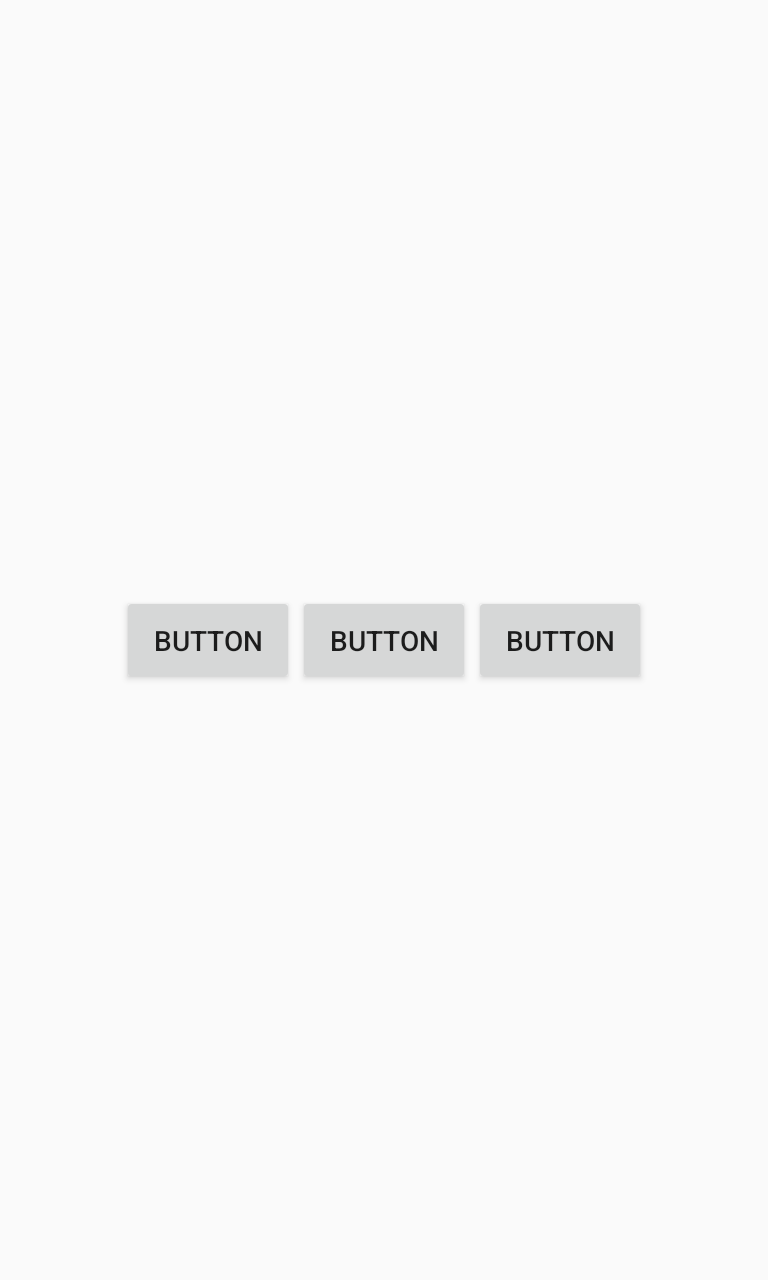
Repository: MarcSelles/BeatYourBucketAndroid
Layout: The_app/BeatYourBucket/res/layout/fragment_lists.xml
The author's editor kept a copy of each file at every save. The layout is drawn from the files as they stood at one save, then again after the next save.
It is drawn on a 768 x 1280 px phone screen (xhdpi) without system bars, with theme AppTheme; the app's code is not run.

Above is the layout before, as saved 2015-01-20 14:27:47.

### The_app/BeatYourBucket/res/layout/fragment_lists.xml
<?xml version="1.0" encoding="utf-8"?>
<RelativeLayout xmlns:android="http://schemas.android.com/apk/res/android"
    android:layout_width="fill_parent"
    android:layout_height="fill_parent" >

    <LinearLayout
        android:id="@+id/tab_upper"
        android:layout_width="match_parent"
        android:layout_height="wrap_content"
        android:layout_above="@+id/tabcontent2"
        android:layout_alignParentTop="true"
        android:gravity="top|center"
        android:orientation="horizontal" >

	    <Button
	        android:id="@+id/button1"
	        android:layout_width="wrap_content"
            android:layout_height="wrap_content"
            android:layout_gravity="center_horizontal|center"
	        android:text="Button" />

	    <Button
	        android:id="@+id/button2"
	        android:layout_width="wrap_content"
            android:layout_height="wrap_content"
            android:layout_gravity="center_horizontal|center"
	        android:text="Button" />

	    <Button
	        android:id="@+id/button3"
	        android:layout_width="wrap_content"
            android:layout_height="wrap_content"
            android:layout_gravity="center_horizontal|center"
	        android:text="Button" />

	</LinearLayout>

    <LinearLayout
        android:id="@+id/tabcontent2"
        android:layout_width="match_parent"
        android:layout_height="wrap_content"
        android:layout_alignParentBottom="true"
        android:layout_gravity="bottom"
        android:gravity="center|bottom"
        android:orientation="vertical" >
    </LinearLayout>

</RelativeLayout>

Loaded but not shown: The_app/BeatYourBucket/res/values/styles.xml (common file); The_app/BeatYourBucket/res/values-v11/styles.xml (common file); The_app/BeatYourBucket/res/values-v14/styles.xml (common file)

After the next save:
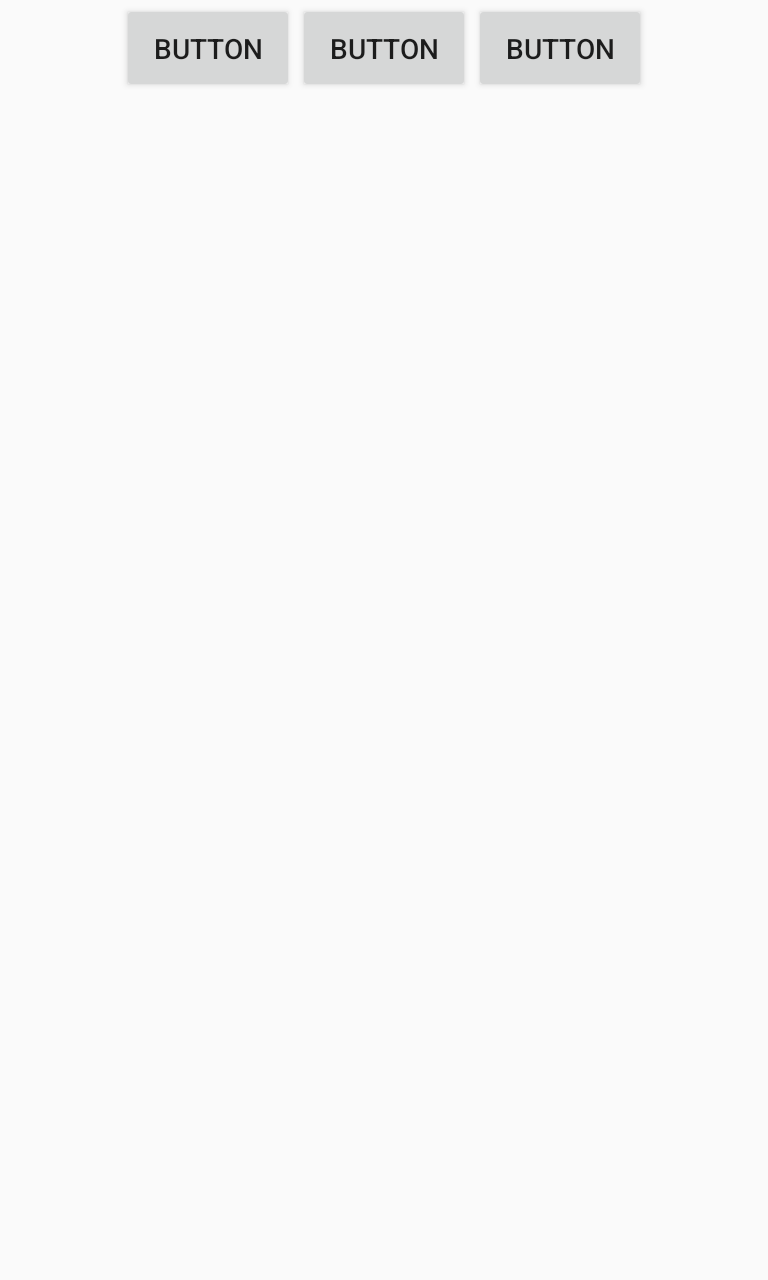
Saved 116 s later.
--- a/The_app/BeatYourBucket/res/layout/fragment_lists.xml
+++ b/The_app/BeatYourBucket/res/layout/fragment_lists.xml
@@ -7,7 +7,6 @@
         android:id="@+id/tab_upper"
         android:layout_width="match_parent"
         android:layout_height="wrap_content"
-        android:layout_above="@+id/tabcontent2"
         android:layout_alignParentTop="true"
         android:gravity="top|center"
         android:orientation="horizontal" >

After the 2 saves that followed:
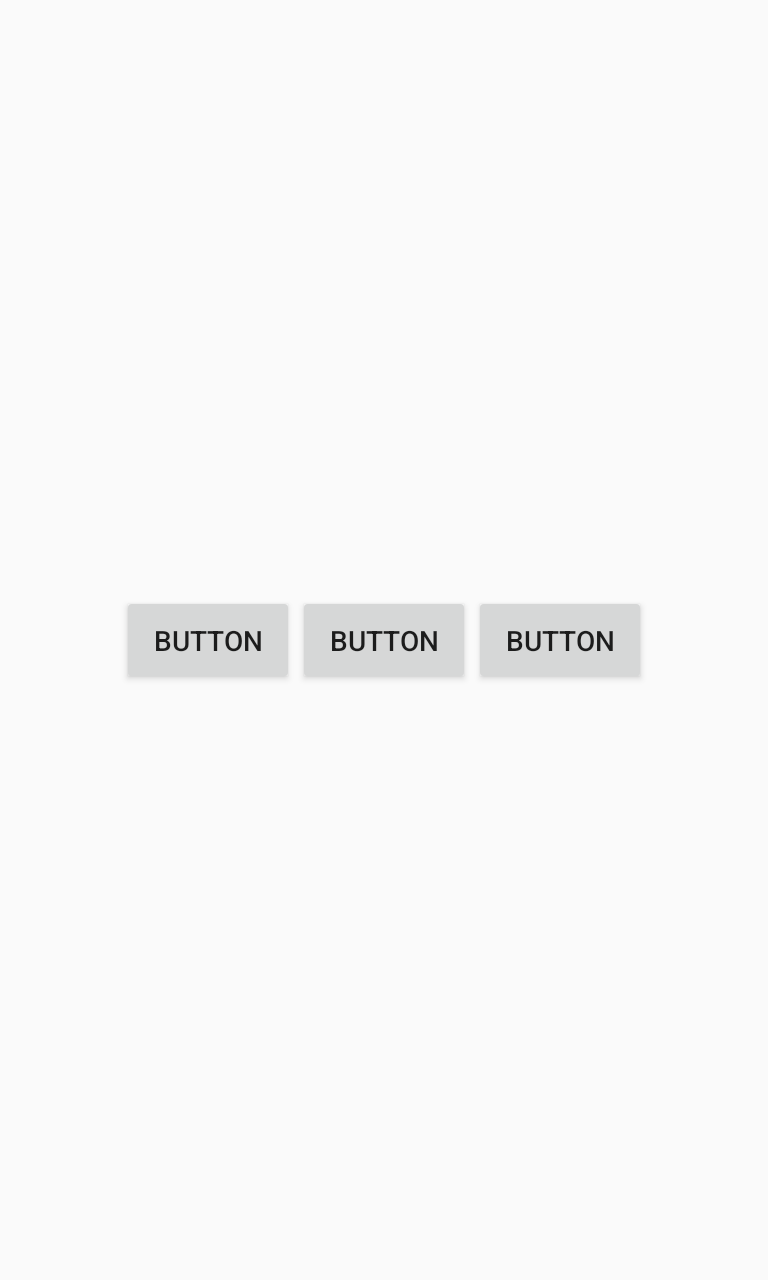
The 2 saves are shown as one change because 1 left the picture as it was.
The last was saved 30 s later.
--- a/The_app/BeatYourBucket/res/layout/fragment_lists.xml
+++ b/The_app/BeatYourBucket/res/layout/fragment_lists.xml
@@ -7,6 +7,7 @@
         android:id="@+id/tab_upper"
         android:layout_width="match_parent"
         android:layout_height="wrap_content"
+        android:layout_above="@+id/tabcontent2"
         android:layout_alignParentTop="true"
         android:gravity="top|center"
         android:orientation="horizontal" >
